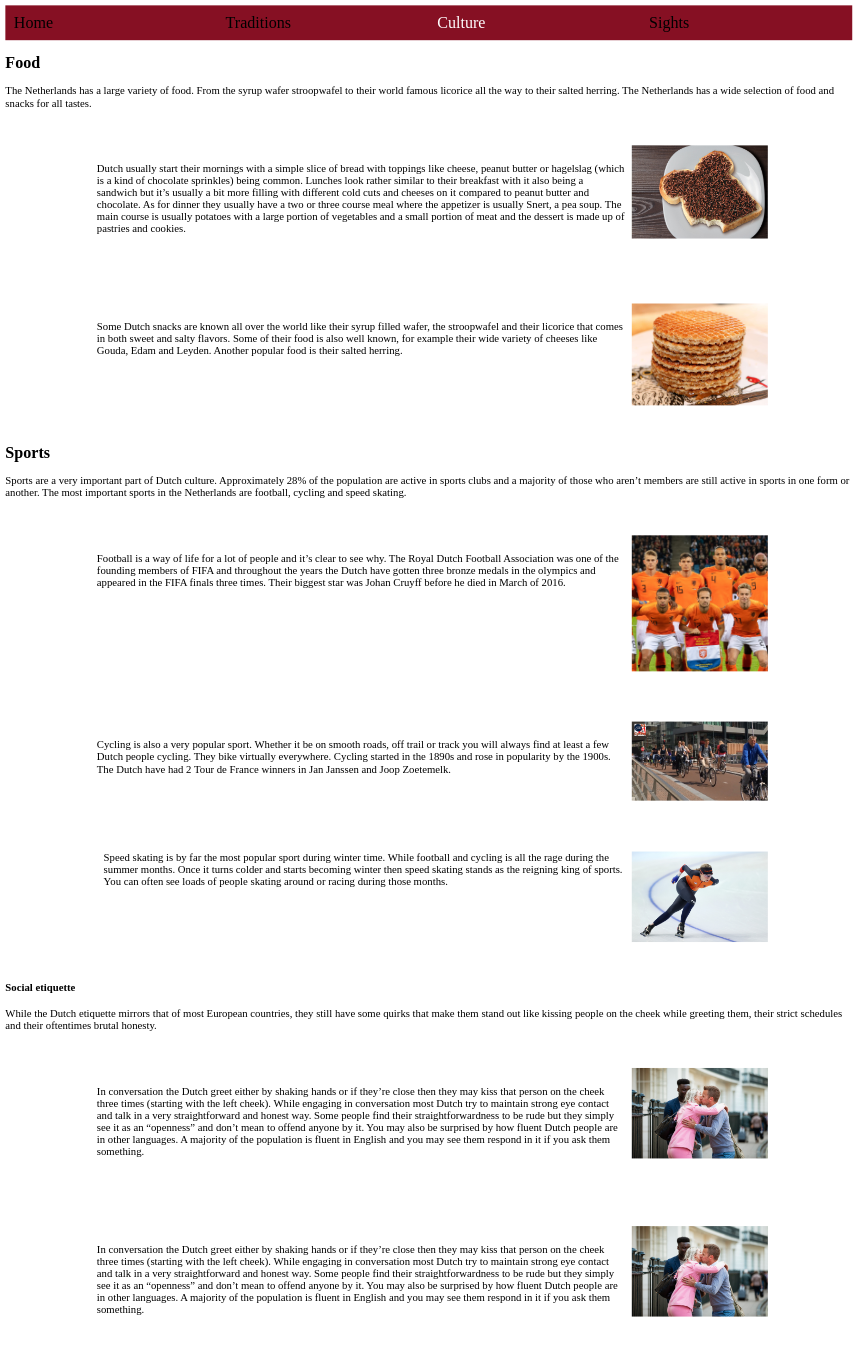
Repository: Cornman63/The-netherlands
Page: html/culture2.html
An editor plug-in stored every save of this project. The page is shown before and after the next save, followed by the edit.
The browser window is 1280 px wide. The pictures show the whole page, at 67% of full size.

Above is the page before, as saved 2023-05-26 13:31:42.

### html/culture2.html
<!DOCTYPE html>
<html lang="en">
<head>
    <meta charset="UTF-8">
    <meta http-equiv="X-UA-Compatible" content="IE=edge">
    <meta name="viewport" content="width=device-width, initial-scale=1.0">
    <title>Culture</title>
    <link rel="stylesheet" href="../CSS\style2.css">
</head>
<body>
    <div class="top">
        <div class="topbar"><a href="index.html" class="link">Home</a></div>
        <div class="topbar"><a href="traditions.html" class="link">Traditions</a></div>
        <div class="topbar"><a href="culture2.html" style="color: white" class="link">Culture</a></div>
        <div class="topbar"><a href="sights.html" class="link">Sights</a></div>
    </div>
        <div class="foodstart">
            <h2>Food</h2>
             <p>The Netherlands has a large variety of food. From the syrup wafer stroopwafel to their world famous licorice all the way to their salted herring. The Netherlands has a wide selection of food and snacks for all tastes.</p>
        </div>
        <div class="foodmain">
        <div class="item">
            <p class="par">Dutch usually start their mornings with a simple slice of bread with toppings like cheese, peanut butter or hagelslag (which is a kind of chocolate sprinkles) being common. Lunches look rather similar to their breakfast with it also being a sandwich but it’s usually a bit more filling with different cold cuts and cheeses on it compared to peanut butter and chocolate. As for dinner they usually have a two or three course meal where the appetizer is usually Snert, a pea soup. The main course is usually potatoes with a large portion of vegetables and a small portion of meat and the dessert is made up of pastries and cookies. </p>
            <img src="../images\hagelslag.jpg" alt="hagelslag" class="img">
        </div>
        <div class="item">
            <p class="par">Some Dutch snacks are known all over the world like their syrup filled wafer, the stroopwafel and their licorice that comes in both sweet and salty flavors. Some of their food is also well known, for example their wide variety of cheeses like Gouda, Edam and Leyden. Another popular food is their salted herring.</p>
            <img src="../images/stroopwafel.jpg" alt="stroopwafel" class="img">
        </div>

        <div class="sportstart">
            <h2>Sports</h2>
            <p>Sports are a very important part of Dutch culture. Approximately 28% of the population are active in sports clubs and a majority of those who aren’t members are still active in sports in one form or another. The most important sports in the Netherlands are football, cycling and speed skating. </p>
        </div>
        <div class="sportmain">
            <div class="item">
            <p class="par">Football is a way of life for a lot of people and it’s clear to see why. The Royal Dutch Football Association was one of the founding members of FIFA and throughout the years the Dutch have gotten three bronze medals in the olympics and appeared in the FIFA finals three times. Their biggest star was Johan Cruyff before he died in March of 2016. </p>
            <img src="../images/football.jpg" alt="dutch football" class="img">
            </div>
            <div class="item">
                <p class="par">Cycling is also a very popular sport. Whether it be on smooth roads, off trail or track you will always find at least a few Dutch people cycling. They bike virtually everywhere. Cycling started in the 1890s and rose in popularity by the 1900s. The Dutch have had 2 Tour de France winners in Jan Janssen and Joop Zoetemelk.</p>
                <img src="../images/cycling.jpg" alt="cycling" class="img">
            </div>
            <div class="item">
                <p class="par"></p>Speed skating is by far the most popular sport during winter time. While football and cycling is all the rage during the summer months. Once it turns colder and starts becoming winter then speed skating stands as the reigning king of sports. You can often see loads of people skating around or racing during those months.</p>
                <img src="../images/skating.jpg" alt="skating" class="img">
            </div>
        </div>
        <div class="soceqstart">
            <h4>Social etiquette</h4>
            <p>While the Dutch etiquette mirrors that of most European countries, they still have some quirks that make them stand out like kissing people on the cheek while greeting them, their strict schedules and their oftentimes brutal honesty.</p>
        </div>
        <div class="soceqmain">
            <div class="item">
                <p class="par">In conversation the Dutch greet either by shaking hands or if they’re close then they may kiss that person on the cheek three times (starting with the left cheek). While engaging in conversation most Dutch try to maintain strong eye contact and talk in a very straightforward and honest way. Some people find their straightforwardness to be rude but they simply see it as an “openness” and don’t mean to offend anyone by it. You may also be surprised by how fluent Dutch people are in other languages. A majority of the population is fluent in English and you may see them respond in it if you ask them something.</p>
                <img src="../images/kiss.jpeg" alt="dutch kiss" class="img">
            </div>
            <div class="item">
                <p class="par">In conversation the Dutch greet either by shaking hands or if they’re close then they may kiss that person on the cheek three times (starting with the left cheek). While engaging in conversation most Dutch try to maintain strong eye contact and talk in a very straightforward and honest way. Some people find their straightforwardness to be rude but they simply see it as an “openness” and don’t mean to offend anyone by it. You may also be surprised by how fluent Dutch people are in other languages. A majority of the population is fluent in English and you may see them respond in it if you ask them something.</p>
                <img src="../images/kiss.jpeg" alt="dutch kiss" class="img">
            </div>
        </div>
    </div>
    <div class="bottom">

    </div>
</body>
</html>

### CSS/style2.css
.top, .bottom {
    display: flex;
    flex-direction: row;
    justify-content: center;
    align-content:center;
    background-color:#861023;
    margin: auto;
    font-size: 150%;
}
.bottom{
    background-color: #053484;
}
.topbar {
    display: flex;
    border: 1%;
    margin: 1%;
    margin-right: 10%;
    align-content: center;
    width: 90%;
}

.link{
    text-decoration: none;
}
.link:link {
    color:black;
}
.link:visited {
    color:black;
}
.link:hover {
    color:white;
}
.foodmain {
    display: flex;
    flex-direction: column;
}
.item{
    max-width: 80%;
    margin: auto;
    display: flex;
    flex-direction: row;
    padding: 3%;
}
.img {
    width: 20%;
    height: 20%;
    display: flex;
    flex-direction: row;
}
.par {
    padding: 1%;
}

After the next save:
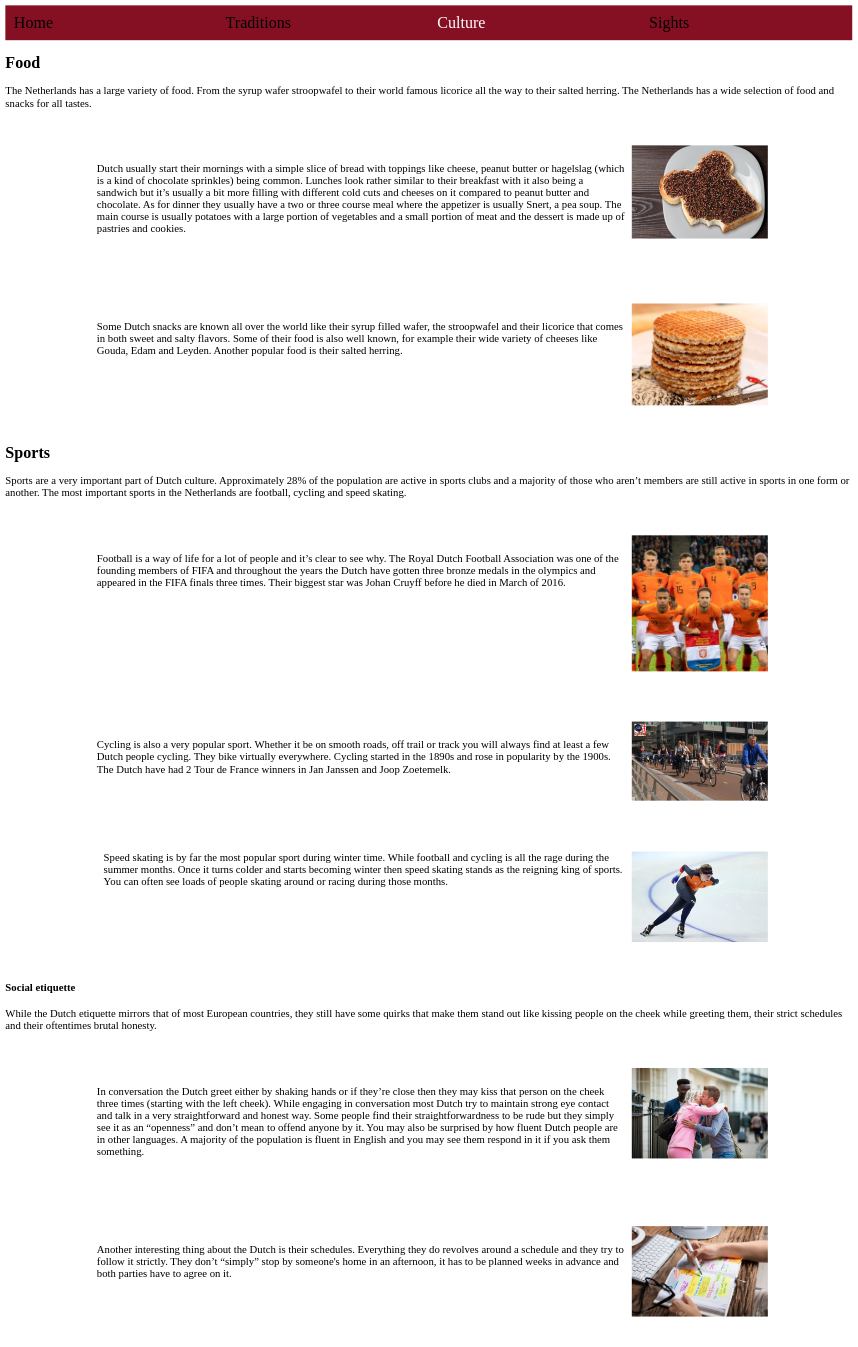
Saved 36 s later.
--- a/html/culture2.html
+++ b/html/culture2.html
@@ -56,8 +56,8 @@
                 <img src="../images/kiss.jpeg" alt="dutch kiss" class="img">
             </div>
             <div class="item">
-                <p class="par">In conversation the Dutch greet either by shaking hands or if they’re close then they may kiss that person on the cheek three times (starting with the left cheek). While engaging in conversation most Dutch try to maintain strong eye contact and talk in a very straightforward and honest way. Some people find their straightforwardness to be rude but they simply see it as an “openness” and don’t mean to offend anyone by it. You may also be surprised by how fluent Dutch people are in other languages. A majority of the population is fluent in English and you may see them respond in it if you ask them something.</p>
-                <img src="../images/kiss.jpeg" alt="dutch kiss" class="img">
+                <p class="par">Another interesting thing about the Dutch is their schedules. Everything they do revolves around a schedule and they try to follow it strictly. They don’t “simply” stop by someone's home in an afternoon, it has to be planned weeks in advance and both parties have to agree on it.                </p>
+                <img src="../images/schedule.webp" alt="schedule" class="img">
             </div>
         </div>
     </div>
